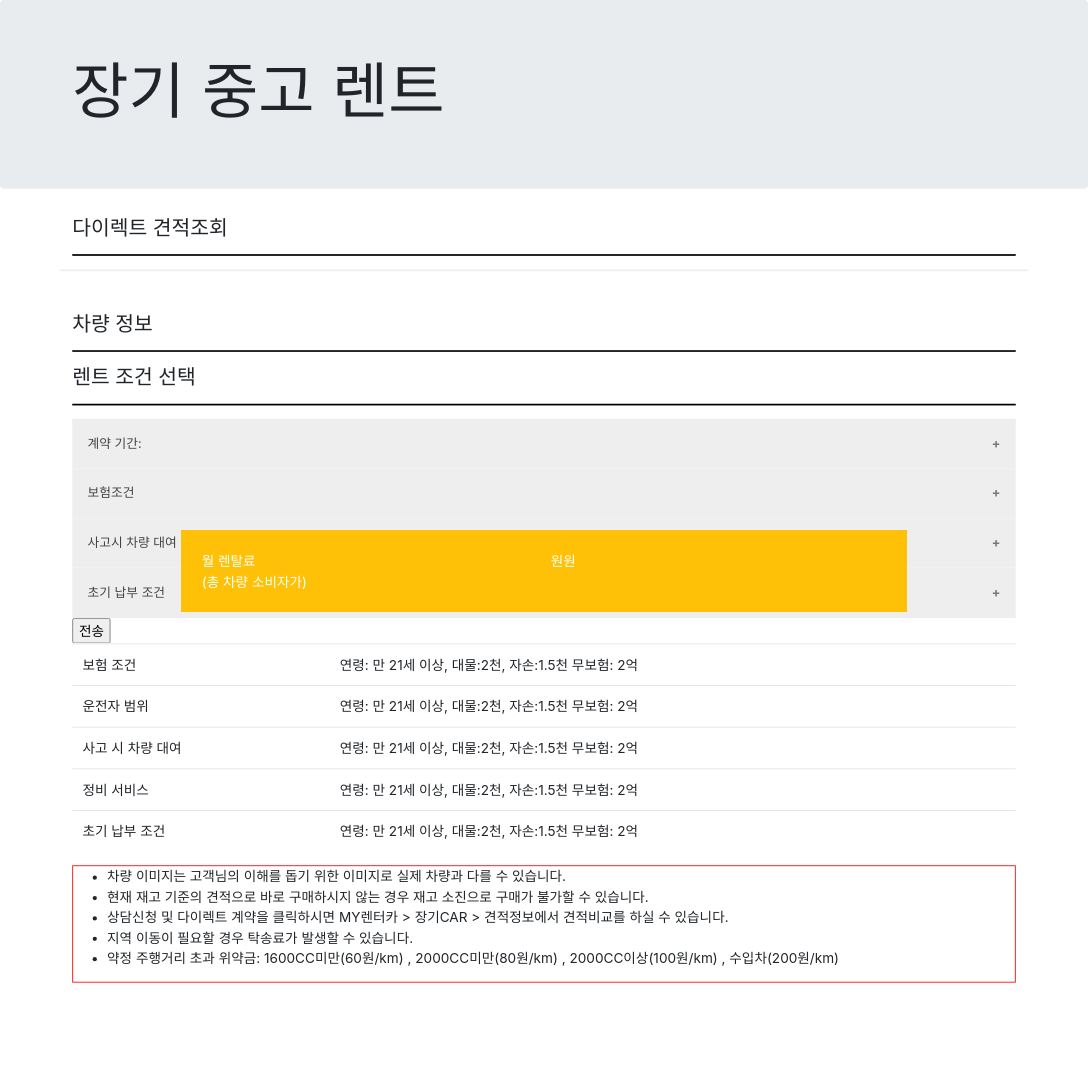
Repository: hyebinkim00/Project
Page: http://localhost/jsp/long_lent_oldcar/carLent.jsp
These files come from the project's save history. The page is drawn as it stood at one moment and after the next save; the edit follows.
The browser window is 1280 px wide. The pictures show the whole page, at 85% of full size.
The page is served by Tomcat 9. Other server files are loaded and not shown. Queries for data that is not in the repository find no rows.

Above is the page before, as saved 2020-09-16 07:33:07.

### jsp/WebContent/long_lent_oldcar/carLent.jsp
<%@page import="java.net.URLDecoder"%>
<%@page language="java" contentType="text/html; charset=UTF-8" pageEncoding="UTF-8"%>
<%@taglib prefix="c" uri="http://java.sun.com/jsp/jstl/core" %>
<%@taglib prefix="sql" uri="http://java.sun.com/jsp/jstl/sql"  %>
<% request.setCharacterEncoding("utf-8");
//URLEncoder.encode

String carname=request.getParameter("carname");
/* String carname = new String(request.getParameter("carname").getBytes("8859_1"), "EUC-KR"); */

%>

<!DOCTYPE html>
<html>
<head>
<meta name="viewport" content="width=device-width, initial-scale=1">
<style>
.accordion {
  background-color: #eee;
  color: #444;
  cursor: pointer;
  padding: 18px;
  width: 100%;
  border: none;
  text-align: left;
  outline: none;
  font-size: 15px;
  transition: 0.4s;
}

.active, .accordion:hover {
  background-color: #ccc;
}

.accordion:after {
  content: '\002B';
  color: #777;
  font-weight: bold;
  float: right;
  margin-left: 5px;
}

.active:after {
  content: "\2212";
}

.panel {
  padding: 0 18px;
  background-color: white;
  max-height: 0;
  overflow: hidden;
  transition: max-height 0.2s ease-out;
}

div.f{
border: 1px solid red;}
</style>
 <link rel="stylesheet" href="https://maxcdn.bootstrapcdn.com/bootstrap/4.5.2/css/bootstrap.min.css">
<meta charset="UTF-8" />
<title>장기 중고 상세</title>
<script src="https://code.jquery.com/jquery-3.5.1.min.js"></script>
<script src="https://ajax.googleapis.com/ajax/libs/jquery/3.5.1/jquery.min.js"></script>
</head>  <script src="https://maxcdn.bootstrapcdn.com/bootstrap/4.5.2/js/bootstrap.min.js"></script>
<body>
<script type="text/javascript">

		function checkTest1() {

			let testValue = document.getElementById("cntrTermMm1").value;

			document.getElementById("result1").innerHTML = testValue;

		}
</script>

<script type="text/javascript">

		function checkTest2() {

			let testValue = document.getElementById("cntrTermMm2").value;

			document.getElementById("result2").innerHTML = testValue;

		}
</script>

<script type="text/javascript">

		function checkTest4() {
			let testValue = document.getElementById("cntrTermMm4").value;

			let a = document.getElementById("price").value;

			alert(a)
			;
			let d= a-(a* testValue);

			alert(d);

			document.getElementById("mprice").value = d;

			document.getElementById("result4").innerHTML=d;
			let o=document.getElementById("mprice").value;

			alert(o);

		}
</script>




	<div class="jumbotron">
		<div class="container">
			<h1 class="display-3">장기 중고 렌트</h1>
		</div>
	</div>

<div class="container">
<h4>다이렉트 견적조회</h4>
<hr style="border: solid 1px black " />

	<div class="row" style="border: 1px solid #eeeeee">
		<sql:setDataSource var="dataSource"
			url="jdbc:oracle:thin:@localhost:1521:XE"
			driver="oracle.jdbc.driver.OracleDriver"
			user="hr" password="hr"/>
			<sql:query var="resultSet" dataSource="${dataSource}">
			select * from member where id=?
			 <sql:param value="${param.carname}"/>
			</sql:query>
			<c:forEach var="row" items="${resultSet.rows}">
			<div class="col-md-5" style="border-spacing: 5px;">

				<img src="../resources/images/${row.carname}.jpg" style="width: 100%;">
			</div>
			<div class="col-md-1">

			</div>
			<div class="col-md-6">
				<br><br>


				<h3>
				<c:out value="${row.carname}"/>
				</h3>

				<hr>
				<table>
					<tr>
						<td colspan="2"><span><strong>모델명</strong></span></td>
						<td><c:out value="${row.carname}"/></td>
					</tr>
					<tr>
						<td colspan="2"><span><strong>소비자 가</strong></span>  &nbsp; &nbsp; &nbsp;</td>
						<td><c:out value="${row.carprice}"/></td>
					</tr>
					<tr>
						<td colspan="2"><span><strong>계약 기간</strong></span></td>
						<td>최대<c:out value="${row.lent}"/>개월</td>
					</tr>
				</table>
				<hr>
				<p>
					표준렌탈료 &nbsp; &nbsp; &nbsp; <font size="5" color="red"> <c:out value="${row.monthprice }" /></font>원
				</p>

			</div>
			<c:set var="lentt" value="${row.lent}"/>

			</c:forEach>
		</div>



		<div>
		<br><br>
			<h4>차량 정보</h4>
			<hr style="border: solid 1px black " />
			<div>
			<sql:query var="resultSet" dataSource="${dataSource}">
			select * from member where id=?
			 <sql:param value="${param.carname}"/>
			</sql:query>
			<c:forEach var="row" items="${resultSet.rows}">
				<table class="table" id="table">
					<tr>
						<th class="bg-light text-dark">제조사</th>
						<td><c:out value="${row.facname}"></c:out></td>
						<th class="bg-light text-dark">차량번호</th>
						<td><c:out value="${row.id}"></c:out></td>
					</tr>
					<tr>
						<th class="bg-light text-dark">차종</th>
						<td><c:out value="${row.carnum}"></c:out></td>
						<th class="bg-light text-dark">최초 등록일</th>
						<td>2017-10-18</td>
					</tr>
					<tr>
						<th class="bg-light text-dark">모델명</th>
						<td colspan="3"><c:out value="${row.carname}"></c:out></td>
					</tr>
					<tr>
						<th class="bg-light text-dark">제조사차량옵션</th>
						<td colspan="3">4단자동변속기</td>
					</tr>
					<tr>
						<th class="bg-light text-dark" >제조사차량옵션2</th>
						<td colspan="3">-</td>
					</tr>
					<tr>
						<th class="bg-light text-dark">연료</th>
						<td><c:out value="${row.fuel}"/></td>
						<th class="bg-light text-dark">지점</th>
						<td><c:out value="${row.lentoffice}"/></td>
					</tr>

				</table>
				<c:set var="car_price" value="${row.monthprice }"> </c:set>
				<c:set var="car_name" value="${row.carname }"> </c:set>
				<c:set var="lent_office" value="${row.lentoffice }"> </c:set>
				<c:set var="prices" value="${row.carprice }"> </c:set>
				</c:forEach>
			</div>


		</div>

<div>
<h4> 렌트 조건 선택 </h4>
<hr style="border: solid 1px black " />


<form method="post" action="shortTerm_payment_completed.jsp" >

<input type="hidden" id="car" name="car" value="${param.carname}">
<input type="hidden" id="carn" name="carn" value="${car_name}">
<input type="hidden" id="carof" name="carof" value="${lent_office}">

<button type="button" class="accordion">계약 기간: &nbsp;&nbsp;&nbsp;<span id="result1"></span></button>
<div class="panel"><span>차량 운행할수 있는 총 대여기간: &nbsp; &nbsp; &nbsp; &nbsp;</span>
<select name="cntrTermMm1" id="cntrTermMm1" class="option01" onchange="checkTest1()" >
<c:forEach var="i" begin="1" end="${lentt}">
<option value="<c:out value="${i}"/>개월"><c:out value="${i}"/>개월</option>	</c:forEach>

</select>
</div>

<button type="button" class="accordion">보험조건  <span id="result2"></span></button>
<div class="panel"><span>계약기간 총 주행거리 초과 시 위약금 발생   </span>
<select  name="cntrTermMm2" id="cntrTermMm2"  class="option02" onchange="checkTest2()" >
<option value="월 2천 Km이하">월 2천 Km이하</option>
<option value="월 3천 Km이하">월 3천 Km이하</option>
<option value="월 4천 Km이하">월 4천 Km이하</option>
</select>
</div>

<button type="button" class="accordion">사고시 차량 대여  <span id="result3"></span></button>
<div class="panel"><span>사고 시 차량 대여 서비스  </span>
<select  name="cntrTermMm3" id="cntrTermMm3"  class="option03"  >
<option value="yes">포함</option>
<option value="no">불 포함</option>
</select>
</div>

<button type="button" class="accordion">초기 납부 조건 </button>
<div class="panel"><span>할인 조건  </span>
<select  name="cntrTermMm4" id="cntrTermMm4"  class="option04" onchange="checkTest4()" >

<option value="0.05">5% 할인</option>
<option value="0.1">10%할인</option>

</select>
<input type="hidden" id="price" name="price" value="${car_price}">
<input type="hidden" id="mprice" name="mprice">
</div>


<input type="submit" value="전송">
</form>

</div>




<table class="table talbe-hover">
<tr><td>보험 조건</td><td>연령: 만 21세 이상, 대물:2천, 자손:1.5천 무보험: 2억</td></tr>
<tr><td>운전자 범위</td><td>연령: 만 21세 이상, 대물:2천, 자손:1.5천 무보험: 2억</td></tr>
<tr><td>사고 시 차량 대여</td><td>연령: 만 21세 이상, 대물:2천, 자손:1.5천 무보험: 2억</td></tr>
<tr><td>정비 서비스</td><td>연령: 만 21세 이상, 대물:2천, 자손:1.5천 무보험: 2억</td></tr>
<tr><td>초기 납부 조건</td><td>연령: 만 21세 이상, 대물:2천, 자손:1.5천 무보험: 2억</td></tr>
</table>

<div class="f">
<ul>
<li>차량 이미지는 고객님의 이해를 돕기 위한 이미지로 실제 차량과 다를 수 있습니다.</li>
<li>현재 재고 기준의 견적으로 바로 구매하시지 않는 경우 재고 소진으로 구매가 불가할 수 있습니다.</li>
<li>상담신청 및 다이렉트 계약을 클릭하시면 <span class="cl-point2">MY렌터카 &gt; 장기CAR &gt; 견적정보</span>에서 견적비교를 하실 수 있습니다.</li>
<li>지역 이동이 필요할 경우 탁송료가 발생할 수 있습니다.</li>
<li>약정 주행거리 초과 위약금: 1600CC미만(60원/km) , 2000CC미만(80원/km) , 2000CC이상(100원/km) , 수입차(200원/km)</li>
</ul>

</div>




</div>



 <br><br><br><br><br>
<div class="container col-sm-8 fixed-bottom ">

  <div class="row d-flex p-3 bg-warning text-white ">
    <div class="col-sm-6 p-2 bg-warning">월 렌탈료<br> (총 차량 소비자가)</div>
    <div class="col-sm-6 p-2 bg-warning"><span id="result4"><c:out value="${car_price}" />원</span>원<br><c:out value="${prices}" /></div>
  </div>


  <c:remove var="car_price"/>
<c:remove var="lentt"/>
<c:remove var="car_name"/>
<c:remove var="lent_office"/>
</div>






<script>
var acc = document.getElementsByClassName("accordion");
var i;

for (i = 0; i < acc.length; i++) {
  acc[i].addEventListener("click", function() {
    this.classList.toggle("active");
    var panel = this.nextElementSibling;
    if (panel.style.maxHeight) {
      panel.style.maxHeight = null;
    } else {
      panel.style.maxHeight = panel.scrollHeight + "px";
    }
  });
}
</script>

</body>
</html>

After the next save:
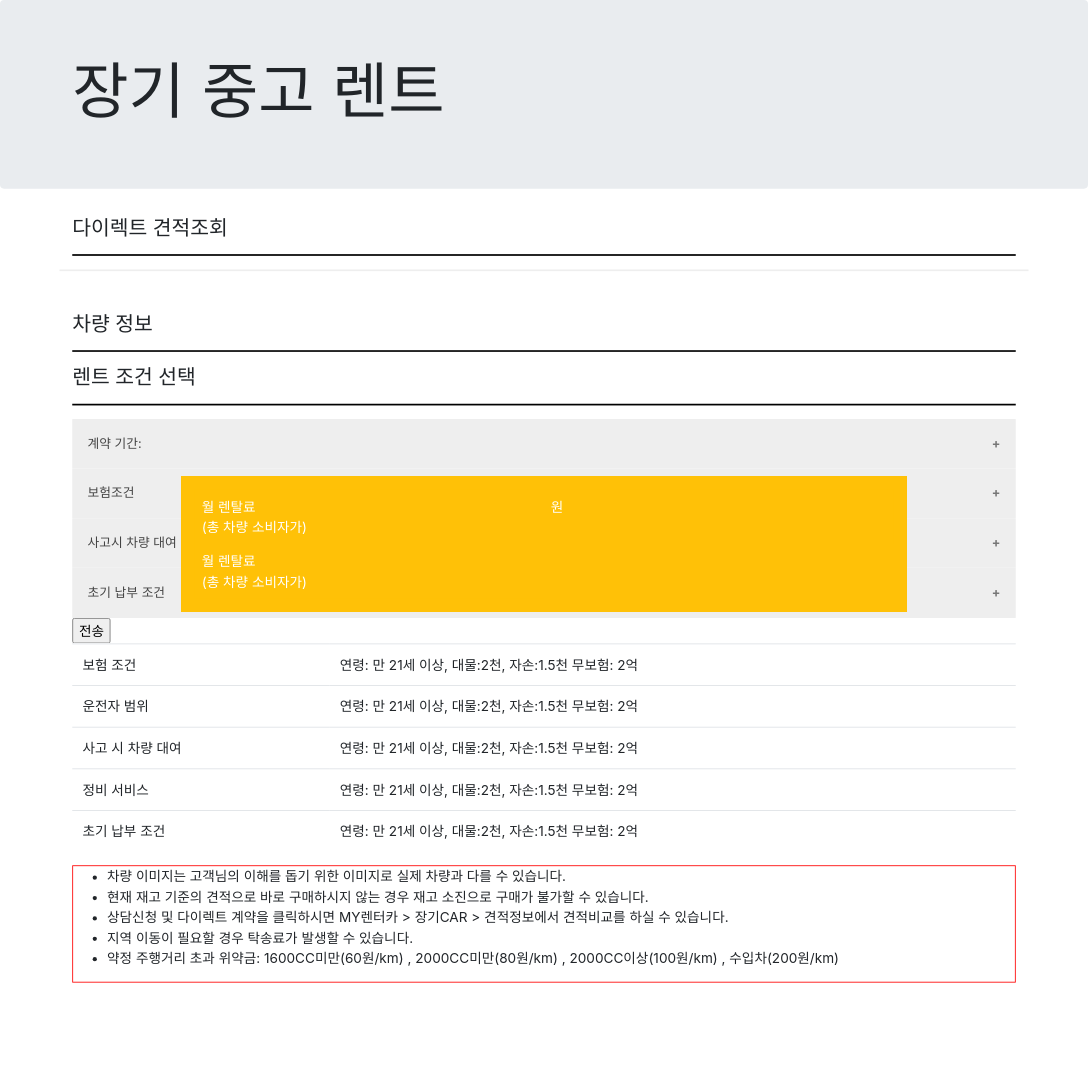
Saved 113 s later.
--- a/jsp/WebContent/long_lent_oldcar/carLent.jsp
+++ b/jsp/WebContent/long_lent_oldcar/carLent.jsp
@@ -315,7 +315,8 @@
 
   <div class="row d-flex p-3 bg-warning text-white ">
     <div class="col-sm-6 p-2 bg-warning">월 렌탈료<br> (총 차량 소비자가)</div>
-    <div class="col-sm-6 p-2 bg-warning"><span id="result4"><c:out value="${car_price}" />원</span>원<br><c:out value="${prices}" /></div>
+    <div class="col-sm-6 p-2 bg-warning"><span id="result4"><c:out value="${car_price}" />원</span><br><c:out value="${prices}" /></div>
+    <div class="col-sm-6 p-2 bg-warning">월 렌탈료<br> (총 차량 소비자가)</div>
   </div>
 
 

After the save that followed:
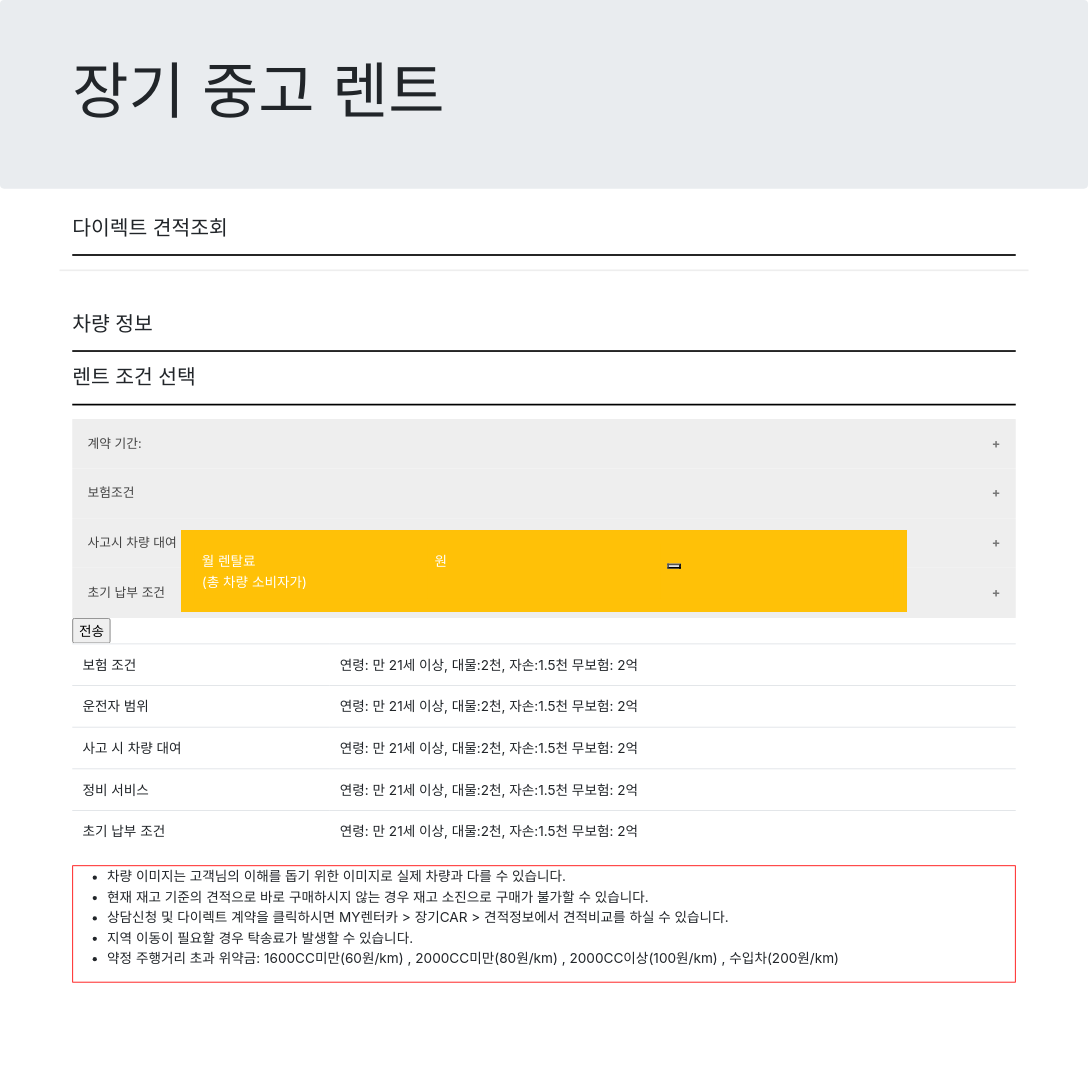
Saved 5 min 14 s later.
--- a/jsp/WebContent/long_lent_oldcar/carLent.jsp
+++ b/jsp/WebContent/long_lent_oldcar/carLent.jsp
@@ -107,6 +107,13 @@
 		}
 </script>
 
+<script>
+function go(){
+	let form= document.userinput;
+	form.submit();
+
+}
+</script>
 
 
 
@@ -231,7 +238,7 @@
 <hr style="border: solid 1px black " />
 
 
-<form method="post" action="shortTerm_payment_completed.jsp" >
+<form method="post" action="shortTerm_payment_completed.jsp" name="userinput" >
 
 <input type="hidden" id="car" name="car" value="${param.carname}">
 <input type="hidden" id="carn" name="carn" value="${car_name}">
@@ -314,9 +321,9 @@
 <div class="container col-sm-8 fixed-bottom ">
 
   <div class="row d-flex p-3 bg-warning text-white ">
-    <div class="col-sm-6 p-2 bg-warning">월 렌탈료<br> (총 차량 소비자가)</div>
-    <div class="col-sm-6 p-2 bg-warning"><span id="result4"><c:out value="${car_price}" />원</span><br><c:out value="${prices}" /></div>
-    <div class="col-sm-6 p-2 bg-warning">월 렌탈료<br> (총 차량 소비자가)</div>
+    <div class="col-sm-4 p-2 bg-warning">월 렌탈료<br> (총 차량 소비자가)</div>
+    <div class="col-sm-4 p-2 bg-warning"><span id="result4"><c:out value="${car_price}" />원</span><br><c:out value="${prices}" /></div>
+    <div class="col-sm-4 p-2 bg-warning"><button onclick="go()"></button></div>
   </div>
 
 
